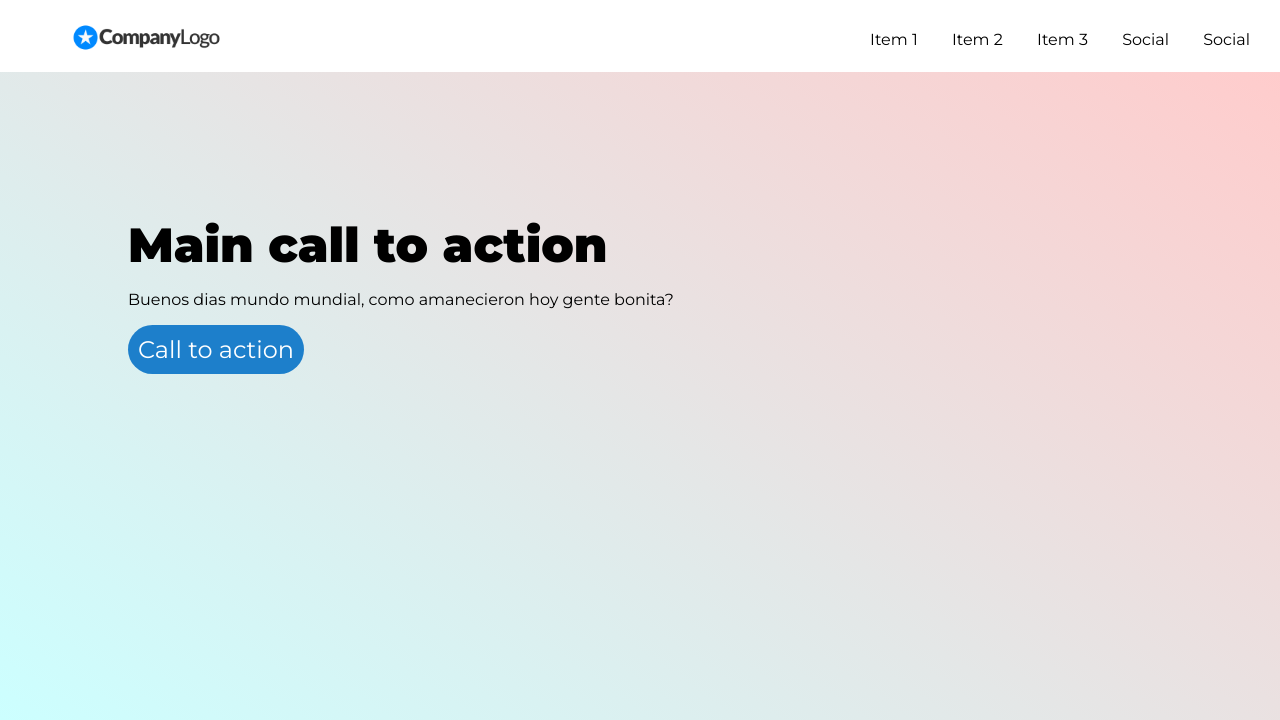
Repository: pabloestradagt/proyectobootstrap
Page: websitexd/index.html
The author's editor kept a record of every edit. The page is drawn from the files as they stood at one moment, then again after the next edit.
The browser window is 1280 px wide. The pictures show the whole page.

Above is the page before.

After the next edit:
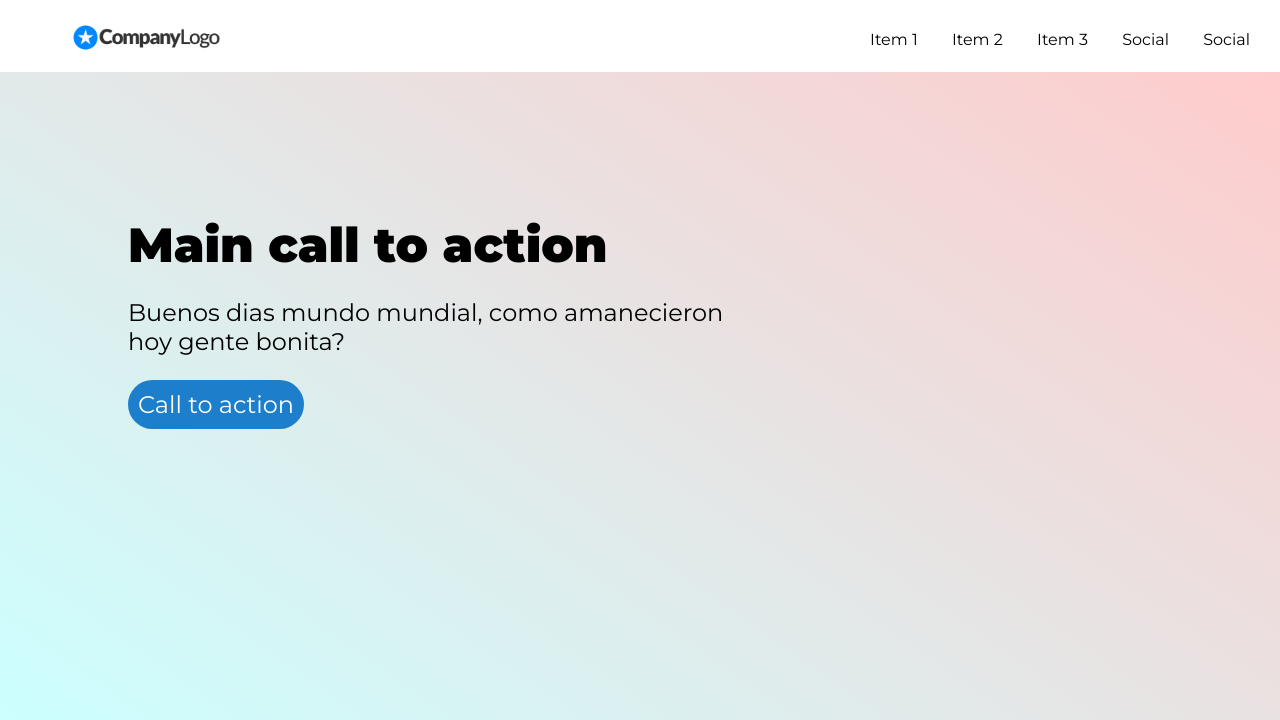
The edit:
--- a/websitexd/index.html
+++ b/websitexd/index.html
@@ -31,7 +31,7 @@
 
             <div id="hero">
                 <h1>Main call to action</h1>
-                <p>Buenos dias mundo mundial, como amanecieron hoy gente bonita?</p>
+                <p id="hero-p">Buenos dias mundo mundial, como amanecieron hoy gente bonita?</p>
                 <button>Call to action</button>
             </div>
         </main>
